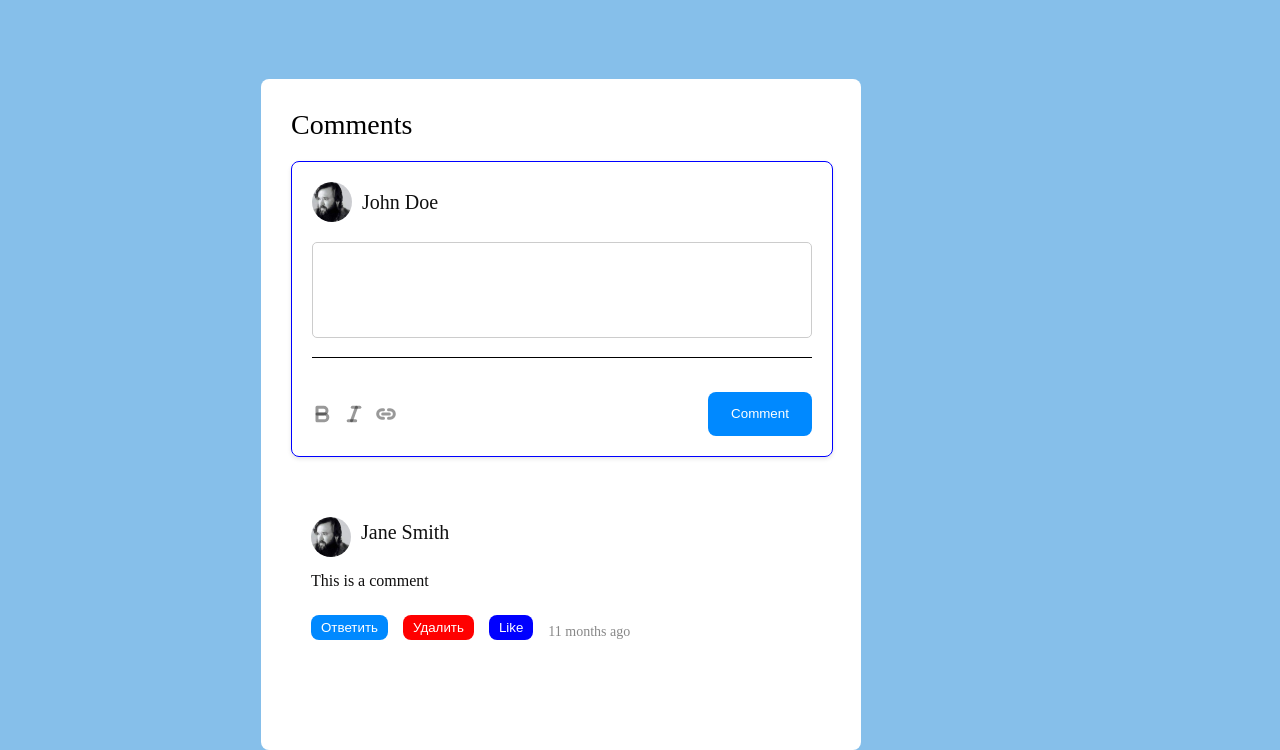
Repository: nikiforovki/appcommits
Page: /
The author's editor kept a copy of each file at every save. The page is drawn from the files as they stood at one save, then again after the next save.
The browser window is 1280 px wide. The pictures show the whole page.
The project was rebuilt for these pictures with package versions that can differ from the ones it lists, and the page was loaded fresh each time. Requests to the local data server were answered from the project's data file. Also part of the build but not shown: webpack.config.ts.

Above is the page before, as saved 2024-08-23 08:07:38.

After the next save:
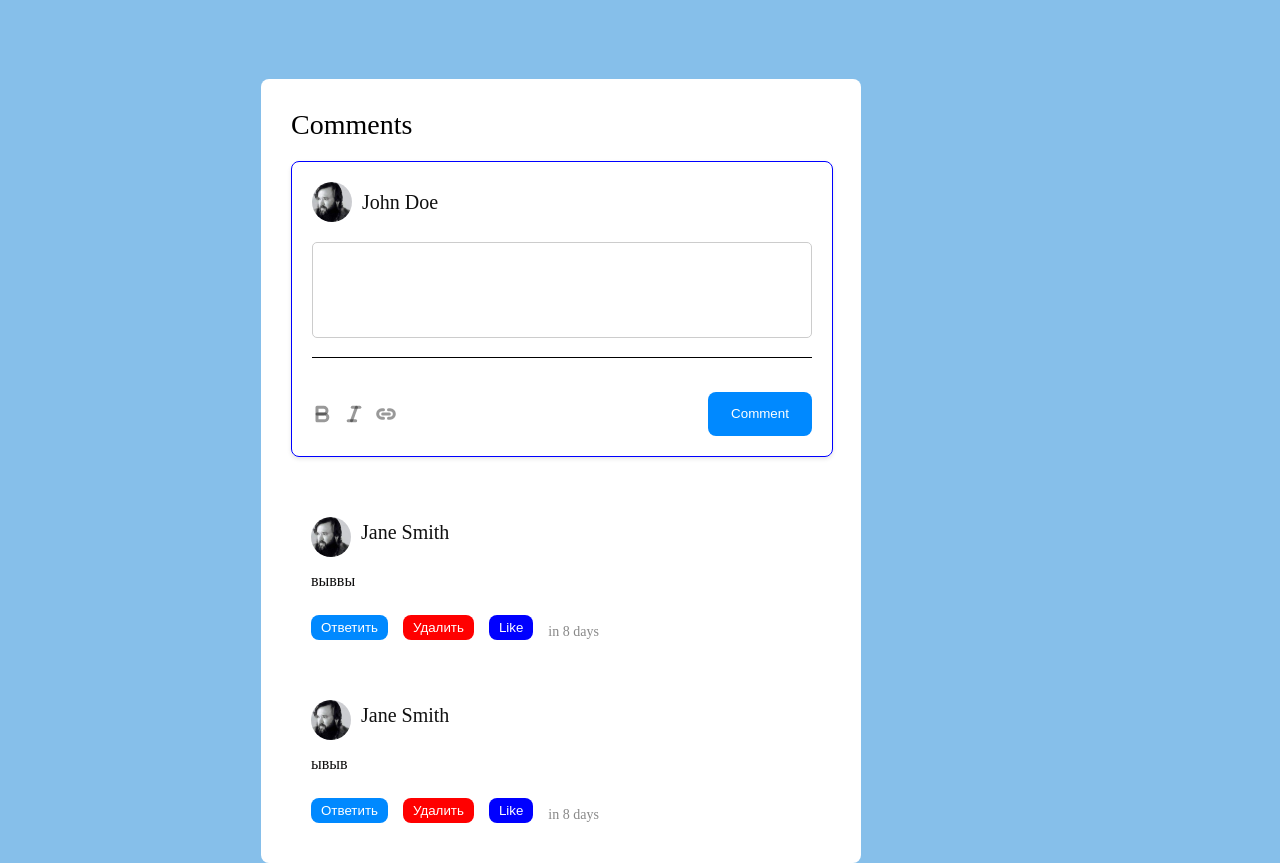
Saved 2 min 50 s later.
--- a/db.json
+++ b/db.json
@@ -1,11 +1,21 @@
 {
   "comments": [
     {
-      "id": "1",
+      "id": "1724389802321",
       "img": "/img/IconMan.svg",
       "author": "Jane Smith",
-      "text": "This is a comment",
-      "timestamp": "2023-10-01T12:00:00.000Z",
+      "text": "ывыв",
+      "timestamp": "2024-08-23T05:10:02.321Z",
+      "liked": false,
+      "isBold": true,
+      "replies": []
+    },
+    {
+      "id": "1724389804634",
+      "img": "/img/IconMan.svg",
+      "author": "Jane Smith",
+      "text": "выввы",
+      "timestamp": "2024-08-23T05:10:04.634Z",
       "liked": false,
       "isBold": false,
       "replies": []
